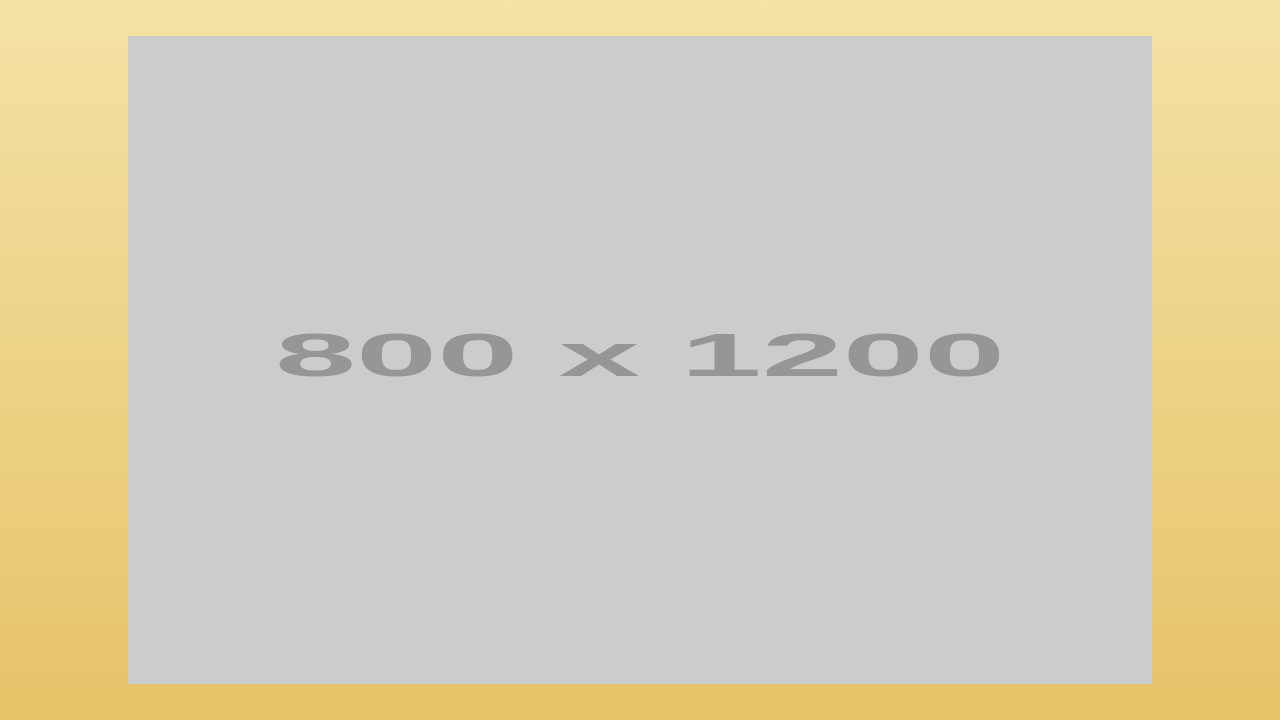
Repository: yarifdotcom/maidombatemplate
Page: devku/index.html
The author's editor kept a copy of each file at every save. The page is drawn from the files as they stood at one save, then again after the next save.
The browser window is 1280 px wide. The pictures show the whole page.

Above is the page before, as saved 2025-02-27 03:45:07.

After the next save:
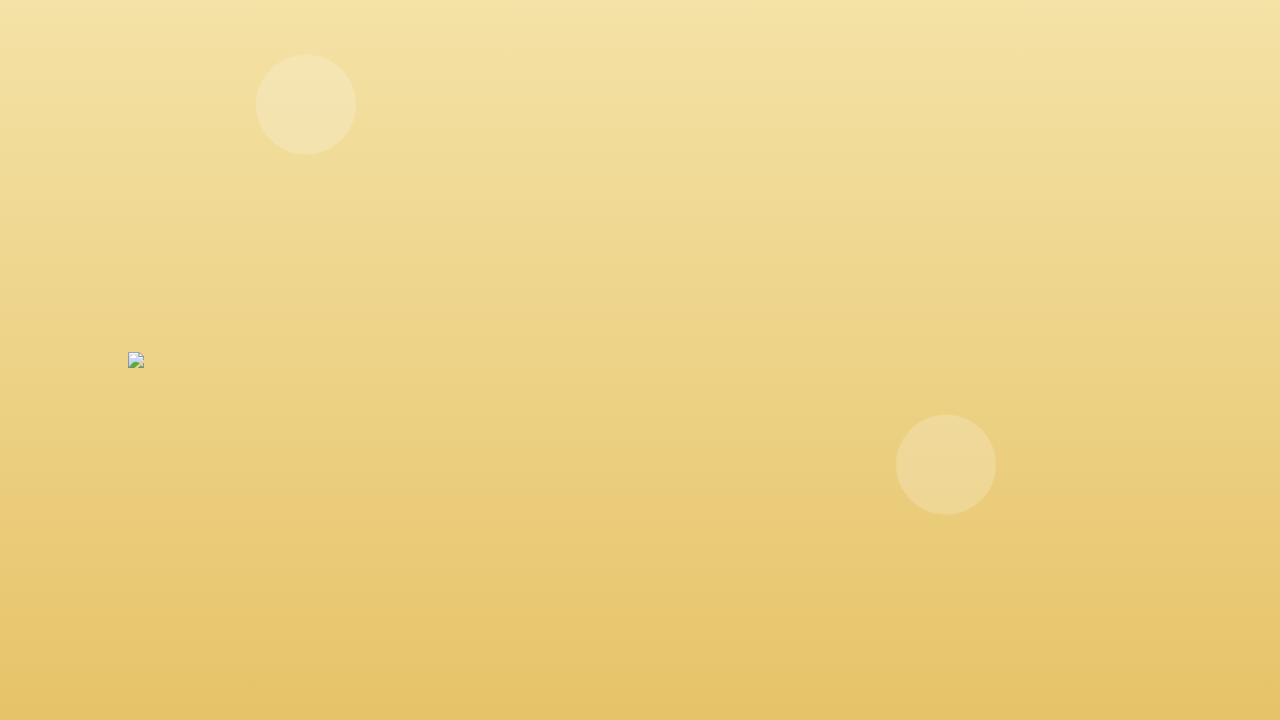
Not found: devku/asset/img/1.webp
Not found: devku/asset/img/2.webp
Not found: devku/asset/img/3.webp
Saved 10 min 45 s later.
--- a/devku/index.html
+++ b/devku/index.html
@@ -69,9 +69,9 @@
         <div class="ornament" id="ornament2" style="top: 60%; left: 70%;"></div>
     </div>
     <div class="comic-container" id="comicContainer">
-        <img src="https://via.placeholder.com/800x1200?text=Chapter+1" class="comic-page active">
-        <img src="https://via.placeholder.com/800x1200?text=Chapter+2" class="comic-page">
-        <img src="https://via.placeholder.com/800x1200?text=Chapter+3" class="comic-page">
+        <img src="/asset/img/1.webp" class="comic-page active">
+        <img src="/asset/img/2.webp" class="comic-page">
+        <img src="/asset/img/3.webp" class="comic-page">
     </div>
     <script>
         let currentIndex = 0;
